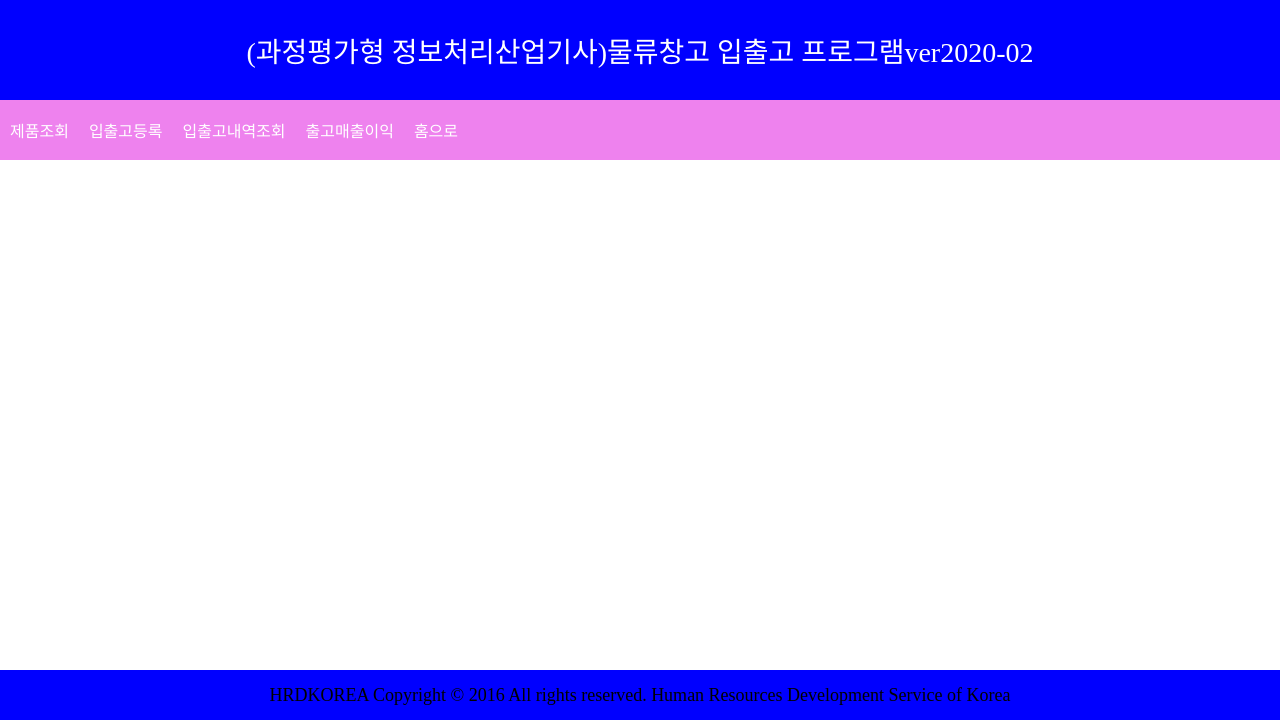
Repository: anakyn01/2_two
Page: http://localhost/cbq_1/one.jsp
These files come from the project's save history. The page is drawn as it stood at one moment and after the next save; the edit follows.
The browser window is 1280 px wide. The pictures show the whole page.
The page is served by Tomcat 9.

Above is the page before, as saved 2024-12-11 06:07:36.

After the next save:
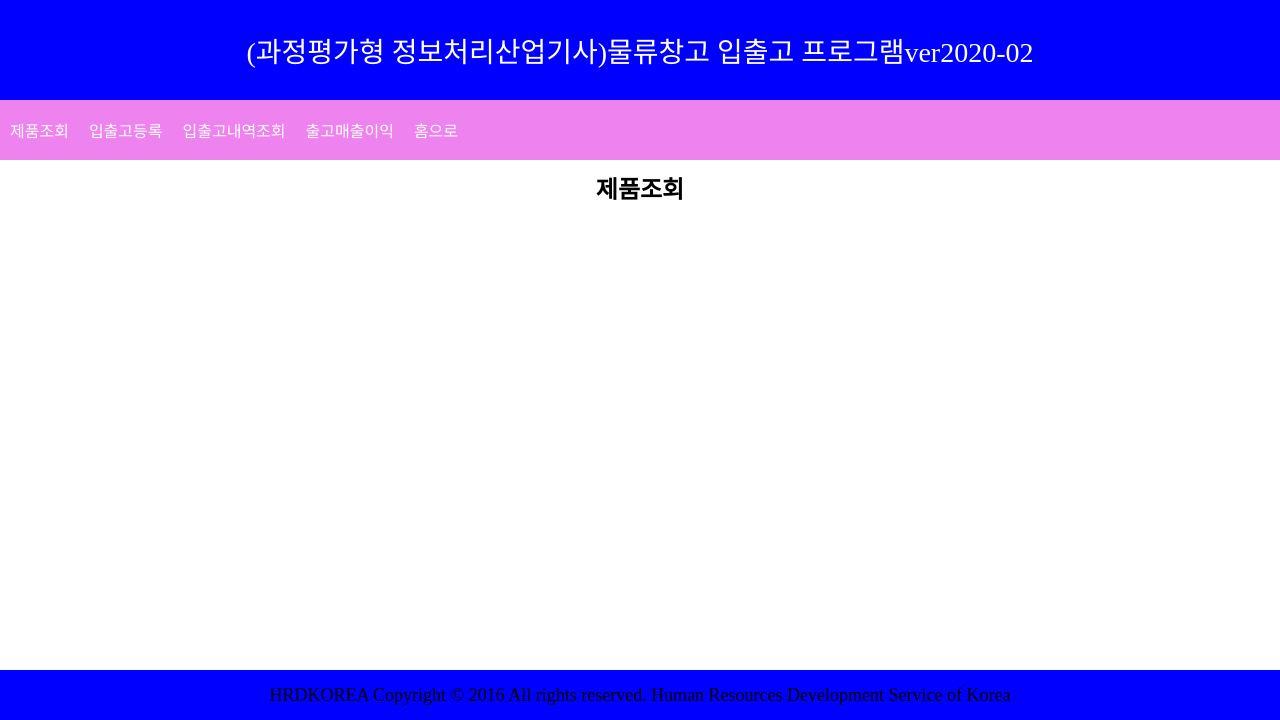
Saved 10 s later.
--- a/exam/cbq_1/src/main/webapp/one.jsp
+++ b/exam/cbq_1/src/main/webapp/one.jsp
@@ -2,6 +2,6 @@
     pageEncoding="UTF-8"%>
 <jsp:include page="include/header.jsp" flush="false" />
 
-
+<h1>제품조회</h1>
 
 <jsp:include page="include/footer.jsp" flush="false" />
